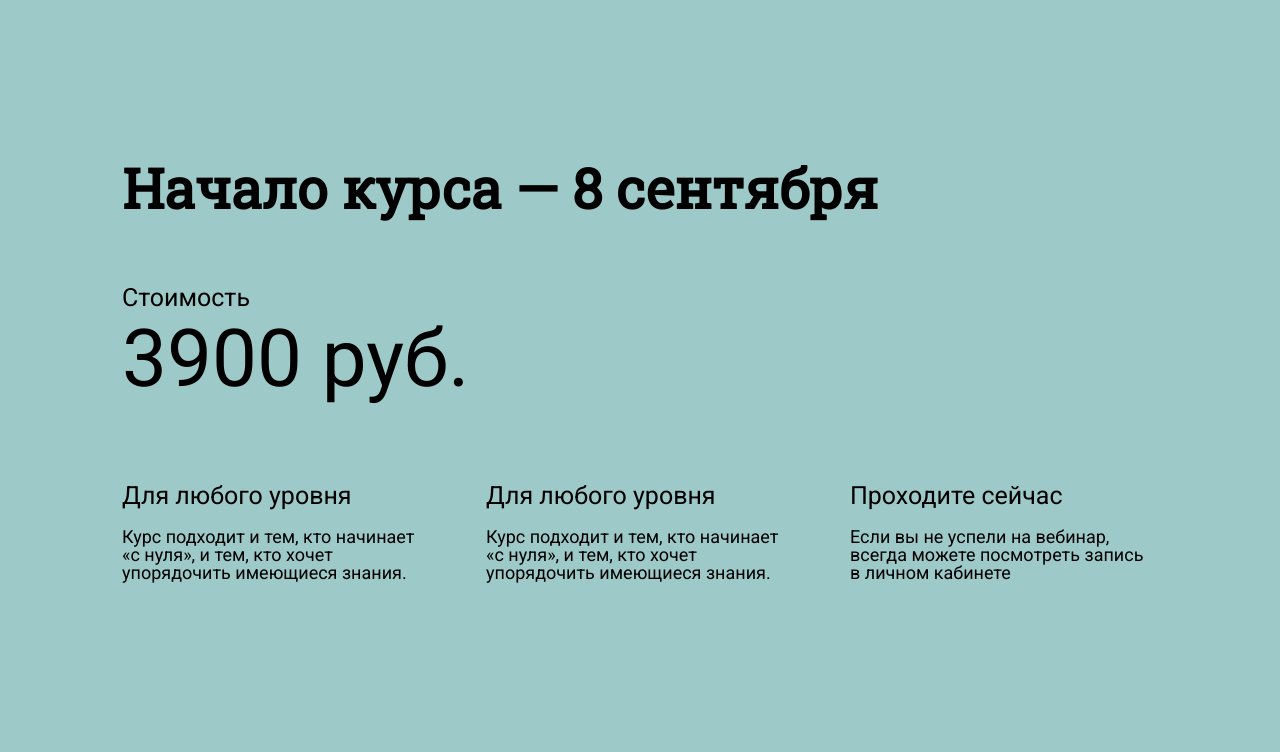
Repository: NatiqSamiyev/fiqma-task3
Page: index.html
The author's editor kept a copy of each file at every save. The page is drawn from the files as they stood at one save, then again after the next save.
The browser window is 1280 px wide. The pictures show the whole page.

Above is the page before, as saved 2023-08-09 13:34:26.

After the next save:
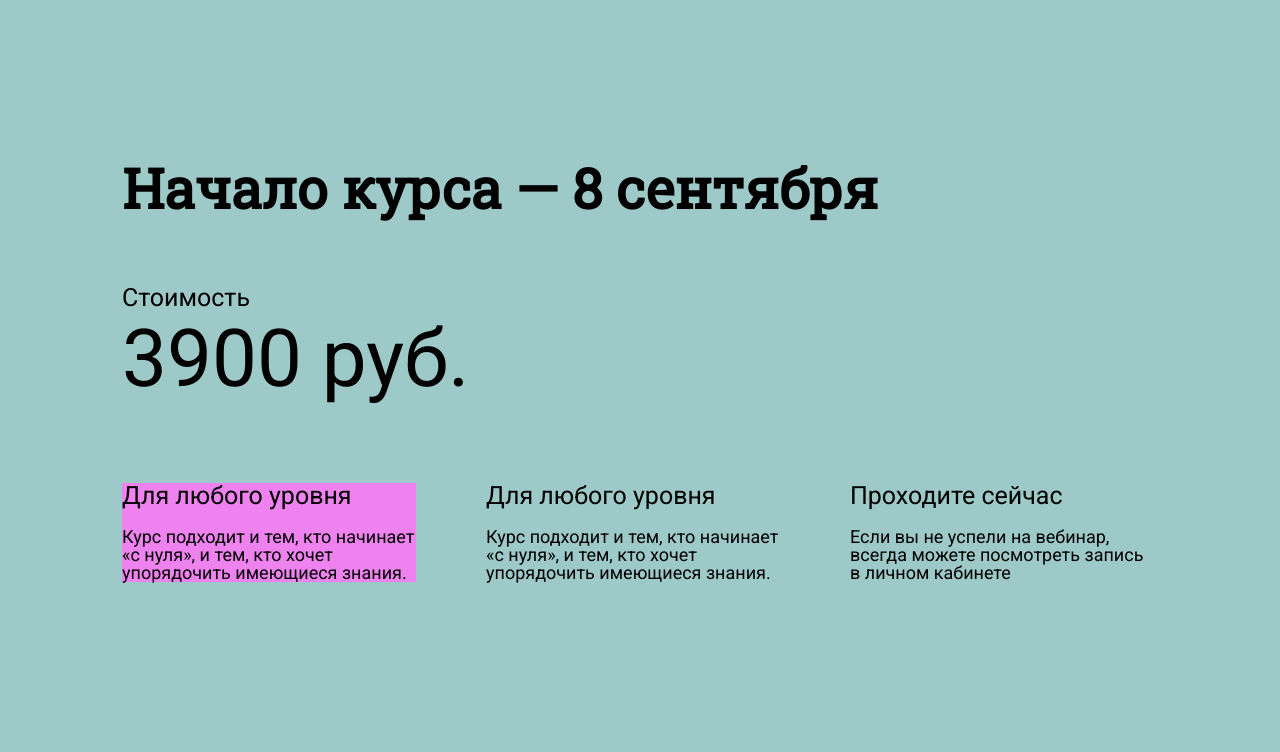
Saved 4 s later.
--- a/index.css
+++ b/index.css
@@ -80,5 +80,5 @@ li:nth-child(2) {
   background-color: teal;
 } */
 .list-2{
-  background-color: ;
+  background-color: violet;
 }
